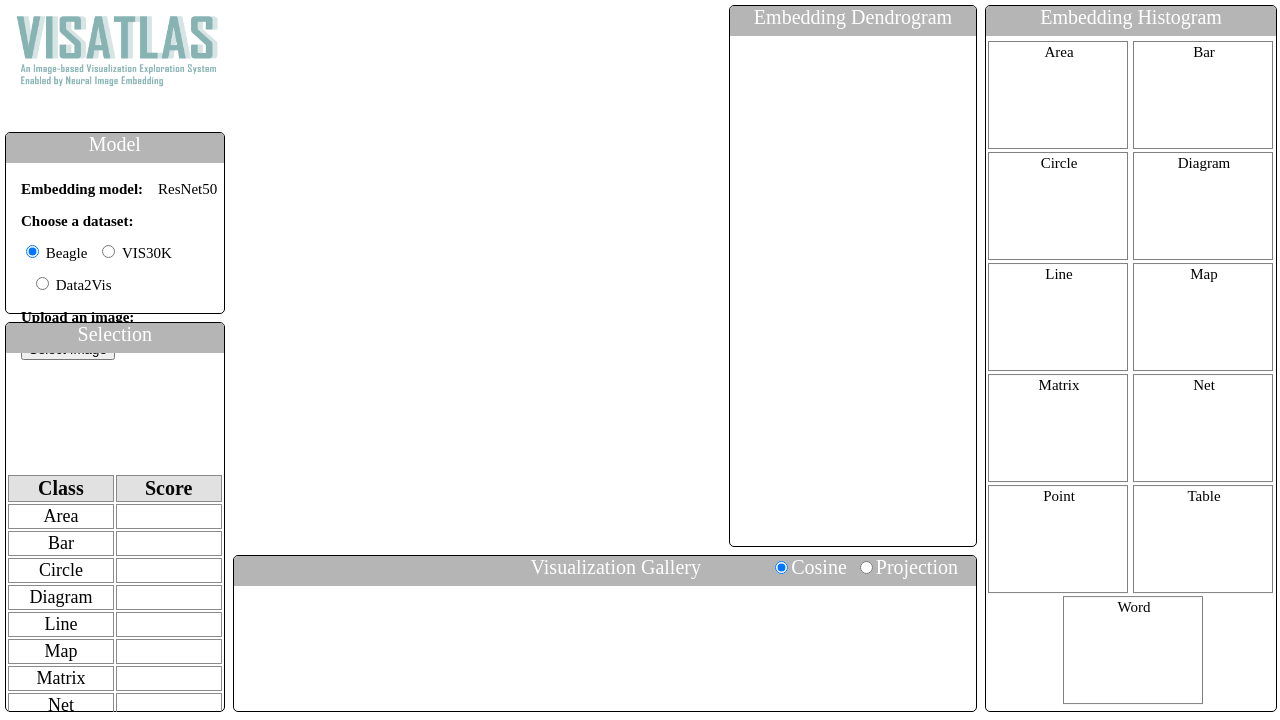
Repository: yilinye/AI_and_human_paintings
Page: / (app in VIS4AI_art/Frontend/)
The author's editor kept a copy of each file at every save. The page is drawn from the files as they stood at one save, then again after the next save.
The browser window is 1280 px wide. The pictures show the whole page.
The page's requests for data from a server got no answer. The project was rebuilt for these pictures with package versions that can differ from the ones it lists, and the page was loaded fresh each time. No one was signed in, and anything a server would have sent is missing. Also part of the build but not shown: VIS4AI_art/Frontend/vite.config.js, VIS4AI_art/Frontend/vue.config.js, VIS4AI_art/Frontend/src/components/WelcomeItem.vue, VIS4AI_art/Frontend/src/components/icons/IconDocumentation.vue, VIS4AI_art/Frontend/src/components/icons/IconTooling.vue, VIS4AI_art/Frontend/src/components/icons/IconEcosystem.vue, VIS4AI_art/Frontend/src/components/icons/IconCommunity.vue, VIS4AI_art/Frontend/src/components/icons/IconSupport.vue and 2 more.

Above is the page before, as saved 2022-04-30 21:09:10.

After the next save:
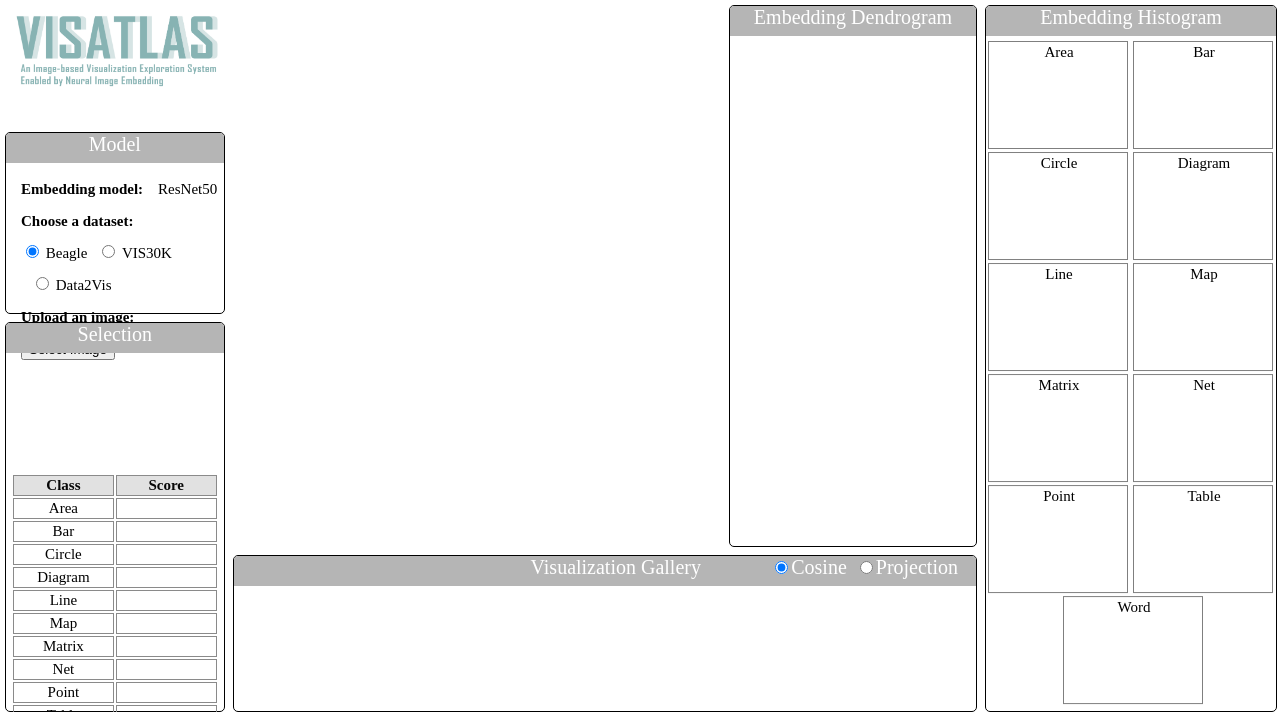
Saved 17 s later.
--- a/VIS4AI_art/Frontend/src/components/selectView.vue
+++ b/VIS4AI_art/Frontend/src/components/selectView.vue
@@ -1,6 +1,6 @@
 <!--
  * @Author: Qing Shi
- * @LastEditTime: 2022-04-26 10:14:02
+ * @LastEditTime: 2022-04-30 21:09:27
  * @Knowledge:
  * @Description:
  * @Attention:
@@ -21,7 +21,7 @@
       </div>
     </div>
     <div id="selectTable">
-      <table style="width:100%;text-align: center;margin-top:2px;height:calc(100% - 10px);margin-bottom:5px;">
+      <table style="width:calc(100% - 10px);text-align: center;margin-top:2px;height:calc(100% - 10px);margin-bottom:5px;margin-left:5px; margin-right: 5px;">
         <tr style="height:calc(8% - 30px)">
           <th>Class</th>
           <th>Score</th>
@@ -96,7 +96,7 @@ th {
   /* background-color: white; */
   background-color: rgb(225, 225, 225);
   color: rgb(7, 7, 7);
-  font-size: 20px;
+  font-size: 15px;
   /* color: white; */
 }
 
@@ -106,7 +106,7 @@ td {
   width: 50%;
   /* border-bottom: 1px solid #ddd; */
   border: 1px solid rgb(138, 138, 138);
-  font-size: 18px;
+  font-size: 15px;
   color: black;
   /* height: 100% */
 }
